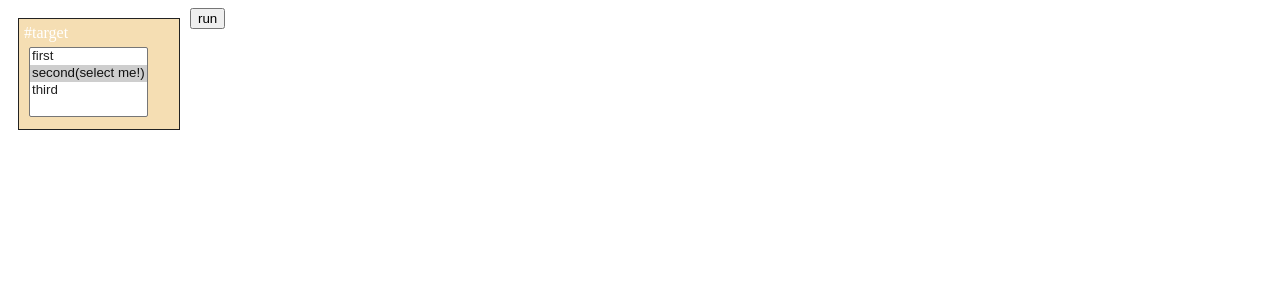
Repository: silenttemplar/java_start_project
Page: hansung_ee_2014/hansung_jquery_exercise/WebContent/9. Select A Option in A Select Box.html
The author's editor kept a copy of each file at every save. The page is drawn from the files as they stood at one save, then again after the next save.
The browser window is 1280 px wide. The pictures show the whole page.
After loading, the first visible `input` was clicked once.

Above is the page before, as saved 2014-08-27 07:45:40.

### hansung_ee_2014/hansung_jquery_exercise/WebContent/9. Select A Option in A Select Box.html
<html>
<head>
<title>Select A Option in A Select Box</title>
<script src="./jquery-2.1.0.min.js"></script>
<script type="text/javascript">
	/**
	 * 대상 : div 내부 select
	 * 기능 : 마지막 item 선택
	 * 함수 : attr(), last()
	 */
	function run() {
		$("select:last").attr("selected", true);
	}
</script>

</head>

<body>
	<div id="target"
		style="color: rgb(255, 255, 255); width: 150px; height: 100px; float: left; border: 1px solid rgb(34, 34, 34); background-color: rgb(245, 222, 179); margin: 10px; padding: 5px; background-position: initial initial; background-repeat: initial initial;">
		#target<br>
		<select size="4" data-role="none"
			style="margin: 5px; color: rgb(34, 34, 34);">
			<option>first</option>
			<option selected="selected">second(select me!)</option>
			<option>third</option>
		</select>
	</div>
	<input type="button" value="run" onclick="run()" />
</body>
</html>

Loaded but not shown: hansung_ee_2014/hansung_jquery_exercise/WebContent/jquery-2.1.0.min.js (library)

After the next save:
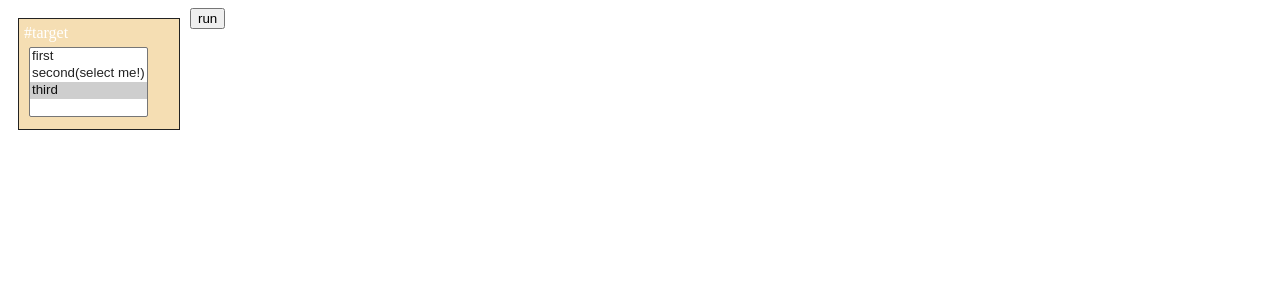
Saved 12 s later.
--- a/hansung_ee_2014/hansung_jquery_exercise/WebContent/9. Select A Option in A Select Box.html
+++ b/hansung_ee_2014/hansung_jquery_exercise/WebContent/9. Select A Option in A Select Box.html
@@ -9,7 +9,7 @@
 	 * 함수 : attr(), last()
 	 */
 	function run() {
-		$("select:last").attr("selected", true);
+		$("option:last").attr("selected", true);
 	}
 </script>
 
